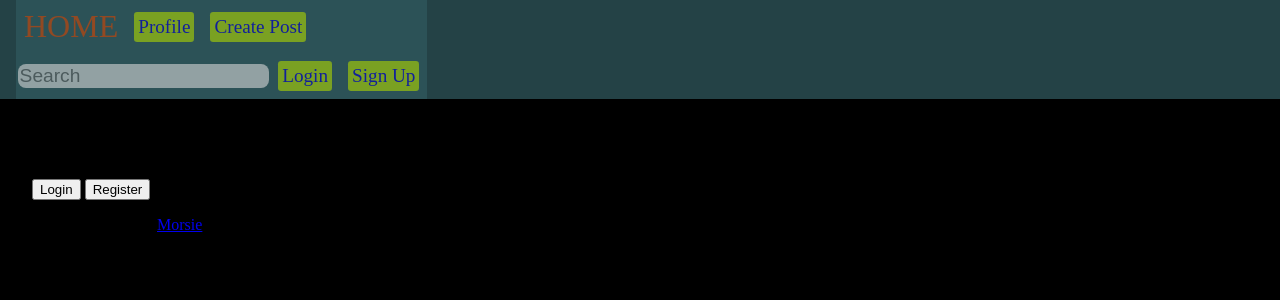
Repository: MorsChen/python-blog
Page: templates/home.html
These files come from the project's save history. The page is drawn as it stood at one moment and after the next save; the edit follows.
The browser window is 1280 px wide. The pictures show the whole page.
The page is served by the project's application, run on Flask 3 (default.py). The template is opened directly, without the code that normally fills it, so the values that code supplies are empty.

Above is the page before, as saved 2019-09-09 17:03:55.

After the next save:
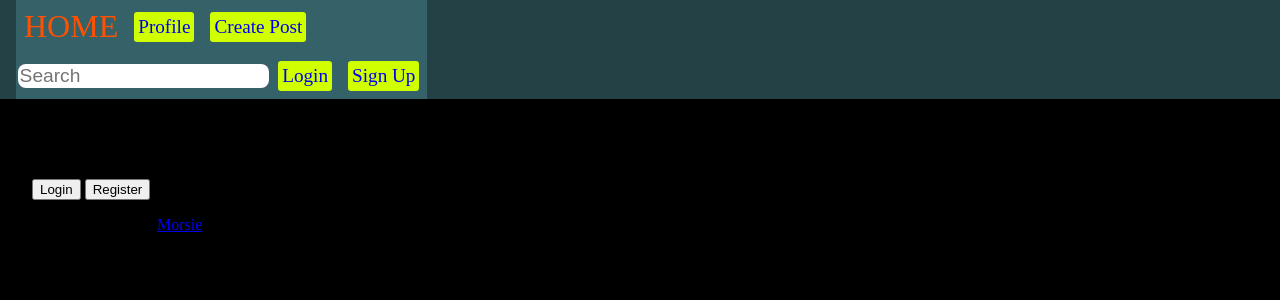
Saved 12 s later.
--- a/static/style.css
+++ b/static/style.css
@@ -20,7 +20,6 @@ body{
 
 .nav-box-content{
     background-color: rgba(70, 128, 136, 0.514);
-    opacity: 0.5;
 }
 
 .nav-box1 {
